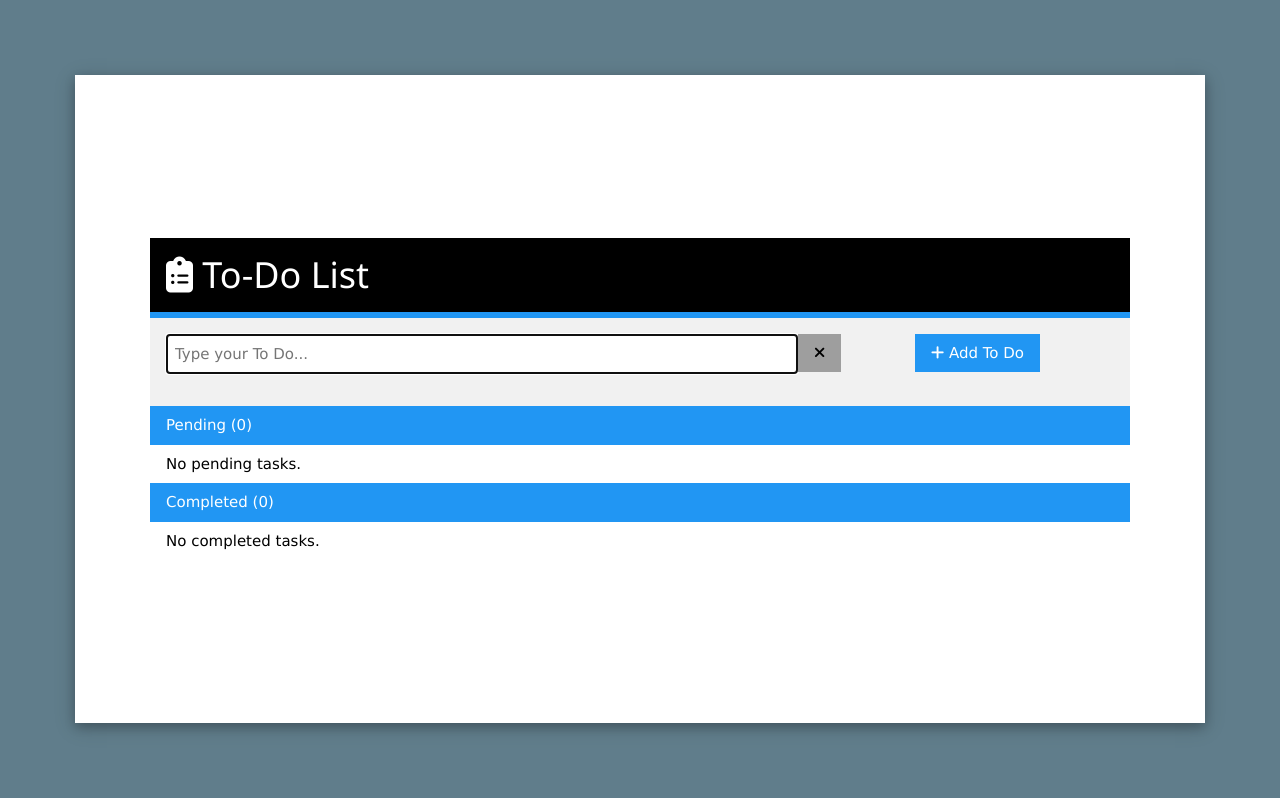
Repository: bclover/vue3-design-patterns-book
Page: /
These files come from the project's save history. The page is drawn as it stood at one moment and after the next save; the edit follows.
The browser window is 1280 px wide. The pictures show the whole page.
The project was rebuilt for these pictures with package versions that can differ from the ones it lists, and the page was loaded fresh each time. Also part of the build but not shown: vite.config.ts.

Above is the page before, as saved 2023-06-19 22:55:29.

After the next save:
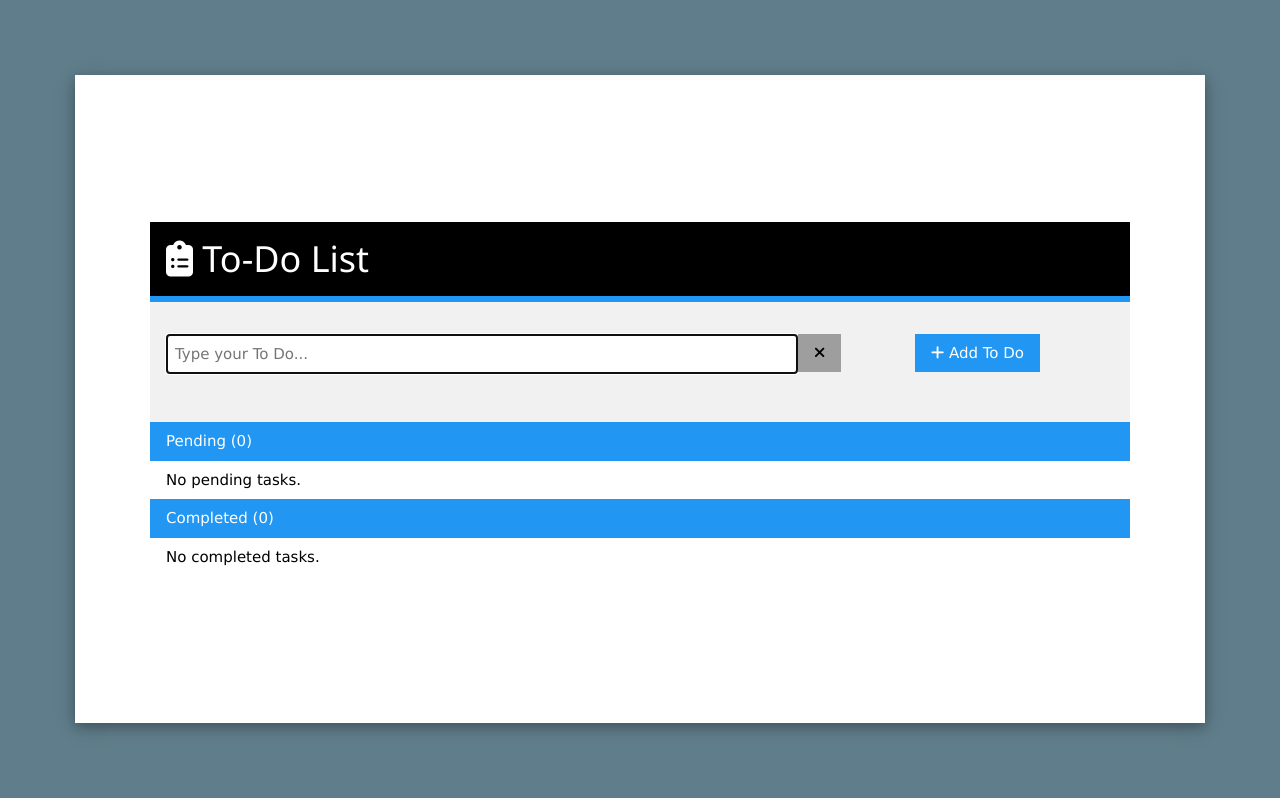
Saved 9 s later.
--- a/src/components/ToDos.vue
+++ b/src/components/ToDos.vue
@@ -41,7 +41,7 @@ function addToDo() {
 
     <!-- Remove & Add Buttons -->
     <div
-      class="w3-container flex-container w3-light-gray w3-padding-16 w3-center"
+      class="w3-container flex-container w3-light-gray w3-padding-32 w3-center"
     >
       <input
         class="w3-input w3-twothird w3-border"
